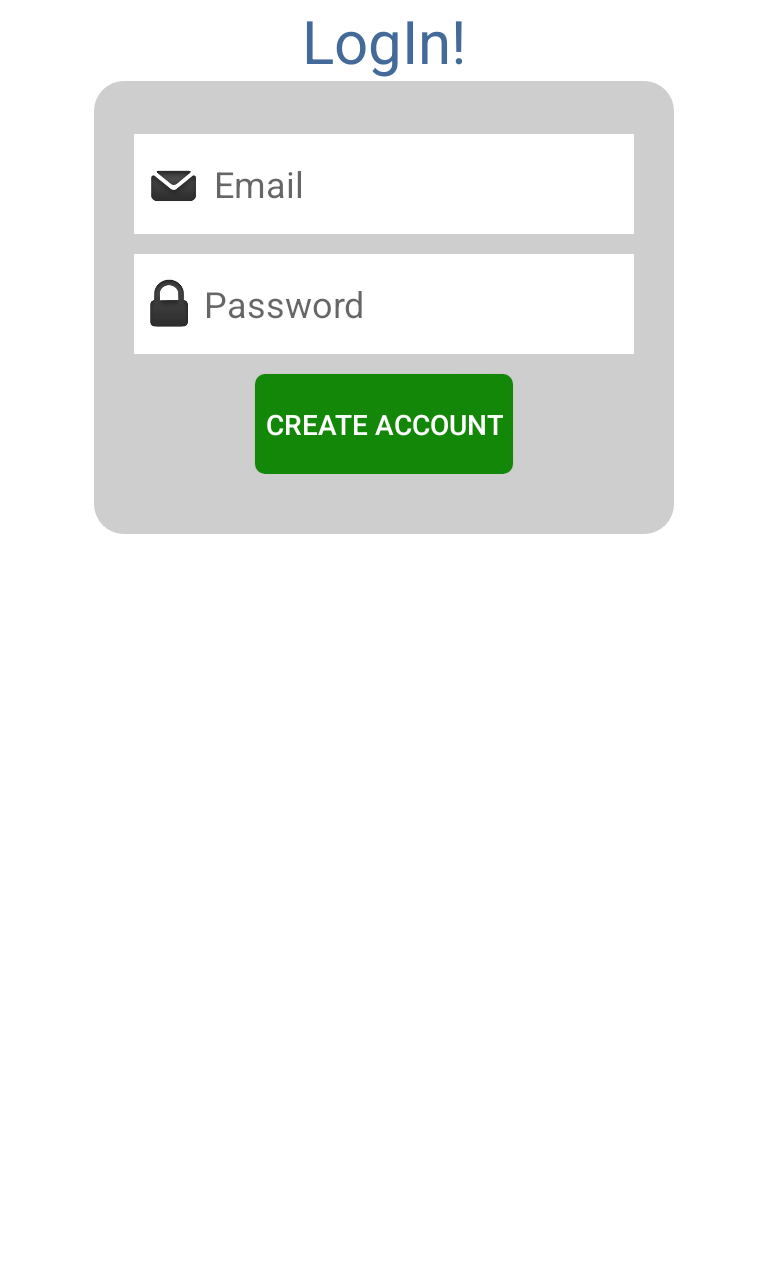
Repository: ag-chirag/brainwaves_enigma
Layout: mobile/Brainwaves/QLess/res/layout/signup.xml
An editor plug-in stored every save of this project. The layout is shown before and after the next save, followed by the edit.
It is drawn on a 768 x 1280 px phone screen (xhdpi) without system bars, with theme AppTheme; the app's code is not run.

Above is the layout before, as saved 2014-11-08 13:10:49.

### mobile/Brainwaves/QLess/res/layout/signup.xml
<RelativeLayout xmlns:android="http://schemas.android.com/apk/res/android"
    xmlns:tools="http://schemas.android.com/tools"
    android:id="@+id/container"
    android:layout_width="match_parent"
    android:layout_height="match_parent"
    android:background="@color/white"
    android:screenOrientation="portrait"
    tools:context="com.zootr.matchup.MainActivity"
    tools:ignore="MergeRootFrame" >

    <TextView
        android:id="@+id/signup_head"
        android:layout_width="wrap_content"
        android:layout_height="wrap_content"
        android:layout_centerHorizontal="true"
        android:text="@string/signup_heading"
        android:textColor="@color/blue"
        android:textSize="30sp" />

    <RelativeLayout
        android:id="@+id/signup_box"
        android:layout_width="wrap_content"
        android:layout_height="wrap_content"
        android:layout_below="@id/signup_head"
        android:layout_centerHorizontal="true"
        android:layout_centerVertical="true"
        android:background="@drawable/round_login" >

        <TextView
            android:id="@+id/error"
            android:layout_width="wrap_content"
            android:layout_height="wrap_content"
            android:layout_centerHorizontal="true"
            android:textColor="@color/red"
            android:textSize="12sp" />

        <RelativeLayout
            android:id="@+id/envelope_parent"
            android:layout_width="wrap_content"
            android:layout_height="50dp"
            android:layout_below="@+id/error"
            android:background="@color/white" >

            <ImageView
                android:id="@+id/envelope"
                android:layout_width="30dp"
                android:layout_height="40dp"
                android:layout_marginLeft="5dp"
                android:layout_marginTop="5dp"
                android:contentDescription="@string/app_name"
                android:scaleType="fitCenter"
                android:src="@drawable/envelope3" />

            <EditText
                android:id="@+id/email_address_signup"
                android:layout_width="210dp"
                android:layout_height="50dp"
                android:layout_marginLeft="5dp"
                android:layout_marginTop="0dp"
                android:layout_toRightOf="@id/envelope"
                android:background="@drawable/edit_text_design"
                android:hint="@string/email_hint"
                android:inputType="textEmailAddress" />
        </RelativeLayout>

        <RelativeLayout
            android:id="@+id/lock_parent"
            android:layout_width="wrap_content"
            android:layout_height="50dp"
            android:layout_below="@+id/envelope_parent"
            android:layout_marginTop="10dp"
            android:background="@color/white" >

            <ImageView
                android:id="@+id/lock"
                android:layout_width="35dp"
                android:layout_height="30dp"
                android:layout_centerVertical="true"
                android:contentDescription="@string/app_name"
                android:scaleType="fitCenter"
                android:src="@drawable/lock" />

            <EditText
                android:id="@+id/password_signup"
                android:layout_width="215dp"
                android:layout_height="50dp"
                android:layout_centerHorizontal="true"
                android:layout_centerVertical="true"
                android:layout_marginBottom="10dp"
                android:layout_toRightOf="@id/lock"
                android:background="@drawable/edit_text_design"
                android:hint="@string/pwd_hint"
                android:inputType="textPassword" />
        </RelativeLayout>

        <Button
            android:id="@+id/crt_accnt"
            android:layout_width="wrap_content"
            android:layout_height="50dp"
            android:layout_below="@+id/lock_parent"
            android:layout_centerHorizontal="true"
            android:layout_marginLeft="10dp"
            android:layout_marginTop="10dp"
            android:background="@drawable/round_login_button"
            android:onClick="send_signup_data"
            android:text="@string/accnt"
            android:textColor="@color/white" />
    </RelativeLayout>

    <RelativeLayout
        android:id="@+id/waiting"
        android:layout_width="fill_parent"
        android:layout_height="fill_parent"
        android:layout_gravity="center_horizontal"
        android:background="@color/splash_bg"
        android:gravity="center_horizontal"
        android:orientation="vertical"
        android:visibility="gone"
        android:weightSum="1" >

        <ImageView
            android:id="@+id/logo"
            android:layout_width="fill_parent"
            android:layout_height="fill_parent"
            android:layout_centerHorizontal="true"
            android:layout_centerVertical="true"
            android:contentDescription="@string/todo"
            android:scaleType="centerCrop"
            android:src="@drawable/name" />

        <TextView
            android:layout_width="wrap_content"
            android:layout_height="wrap_content"
            android:layout_centerHorizontal="true"
            android:layout_marginTop="30dp"
            android:text="Logging in..."
            android:textColor="@color/white"
            android:textSize="20sp" />
    </RelativeLayout>

</RelativeLayout>

### mobile/Brainwaves/QLess/res/values/color.xml
<?xml version="1.0" encoding="utf-8"?>
<resources>

    <color name="blue">#446a99</color>
    <color name="red">#FF0000</color>
    <color name="black">#000000</color>
    <color name="green">#138808</color>
    <color name="bar">#ff0000</color>
    <color name="white">#fff</color>
    <color name="gray">#eeeeee</color>
    <color name="grey">	#CECECE</color>
    <color name="splash_bg">#eb5115</color>
        <color name="disable">#ccc</color>

    <color name="light_gray">#eeeeee</color>
    <color name="dark_gray">#424244</color>
    <color name="sirius_black">#000000</color>
    <color name="app_color">#ff8033</color>
    <color name="dashboard_bar">#ff8033</color>
    <color name="fixture_title">#000000</color>
    <color name="fixture_teams">#000</color>
    <color name="fixture_status">#000</color>
    <color name="score">#000</color>
    <color name="bar_sel">#ffa233</color>
    <color name="transparent_100">#FF000000</color>
    <color name="transparent_95">#F2000000</color>
    <color name="transparent_90">#E6000000</color>
    <color name="transparent_85">#D9000000</color>
    <color name="transparent_80">#CC000000</color>
    <color name="transparent_75">#BF000000</color>
    <color name="transparent_70">#B3000000</color>
    <color name="transparent_65">#A6000000</color>
    <color name="transparent_60">#99000000</color>
    <color name="transparent_55">#8C000000</color>
    <color name="transparent_50">#80000000</color>
    <color name="transparent_45">#73000000</color>
    <color name="transparent_40">#66000000</color>
    <color name="transparent_35">#59000000</color>
    <color name="transparent_30">#4D000000</color>
    <color name="transparent_25">#40000000</color>
    <color name="transparent_20">#33000000</color>
    <color name="transparent_15">#26000000</color>
    <color name="transparent_10">#1A000000</color>
    <color name="transparent_">#0D000000</color>
    <color name="transparent_0">#00000000</color>
    <color name="dashboard_bg">#eeeeee</color>
    <color name="circle_dashbord_count">#333333</color>
    <color name="live">#cc1111</color>
    <color name="no_matches_sel">#424244</color>
    <color name="no_matches_def">#333333</color>
    <color name="no_matches">#999999</color>
    <color name="bar_header">#2f74a7</color>
    <color name="chart_won">#2f74a7</color>
    <color name="chart_lost">#cc1111</color>
    <color name="chart_tie">#e04a3b</color>
    <color name="achievement">#3d96d8</color>
    <color name="player_name_solo">#ed5114</color>
    <color name="hrr">#333333</color>
    <color name="h_h_header">#666666</color>
    <color name="h_h_text">#333333</color>
    <color name="app_green">#779f38</color>
        <color name="transparent_50_app_color">#80ff8033</color>

</resources>

### mobile/Brainwaves/QLess/res/values/string.xml
<?xml version="1.0" encoding="utf-8"?>
<resources>

    <string name="base_url">http://brainwave.byethost11.com/</string>
    <string name="live_score_url"></string>
    <string name="get_match_leaderboard_url">c</string>
	<string name="app_name">QLess</string>
    <string name="todo">TODO</string>
    <string name="signup_url"></string>
    <string name="login_url"></string>
    <string name="email_hint">Email</string>
    <string name="pwd_hint">Password</string>
    <string name="btn_name">Login</string>
    <string name="signup">Signup</string>
    <string name="accnt">Create Account</string>
    <string name="name">Name</string>
    <string name="signup_heading">LogIn!</string>
    <string name="notification">Push Notifications</string>
</resources>

### mobile/Brainwaves/QLess/res/drawable/round_login.xml
<?xml version="1.0" encoding="UTF-8"?>
<shape xmlns:android="http://schemas.android.com/apk/res/android"  android:shape="rectangle">

    <corners android:radius="15dp" />

    <stroke
        android:width="0dip"
        android:color="@color/grey" />

    <solid android:color="@color/grey" />

    <padding
        android:bottom="30dip"
        android:left="20dip"
        android:right="20dip"
        android:top="10dip" />

</shape>

### mobile/Brainwaves/QLess/res/drawable/edit_text_design.xml
<?xml version="1.0" encoding="utf-8"?>
  <layer-list xmlns:android="http://schemas.android.com/apk/res/android" >

<item>
    <shape>
        <solid android:color="#c2c2c2" />
    </shape>
</item>

<!-- main color -->
<item>
    <shape>
        <solid android:color="#ffffff" />
    </shape>
</item>

<!-- draw another block to cut-off the left and right bars -->
<item>
    <shape>
        <solid android:color="#ffffff" />
    </shape>
</item>

</layer-list>

### mobile/Brainwaves/QLess/res/drawable/round_login_button.xml
<?xml version="1.0" encoding="UTF-8"?>
<shape xmlns:android="http://schemas.android.com/apk/res/android"  android:shape="rectangle">

    <corners android:radius="5dp" />

    <stroke
        android:width="0dip"
        android:color="@color/green" />

    <solid android:color="@color/green" />

    <padding
        android:bottom="5dip"
        android:left="5dip"
        android:right="5dip"
        android:top="5dip" />
</shape>

Loaded but not shown: mobile/Brainwaves/QLess/res/values/styles.xml (common file); mobile/Brainwaves/QLess/res/values-v11/styles.xml (common file); mobile/Brainwaves/QLess/res/values-v14/styles.xml (common file)

After the next save:
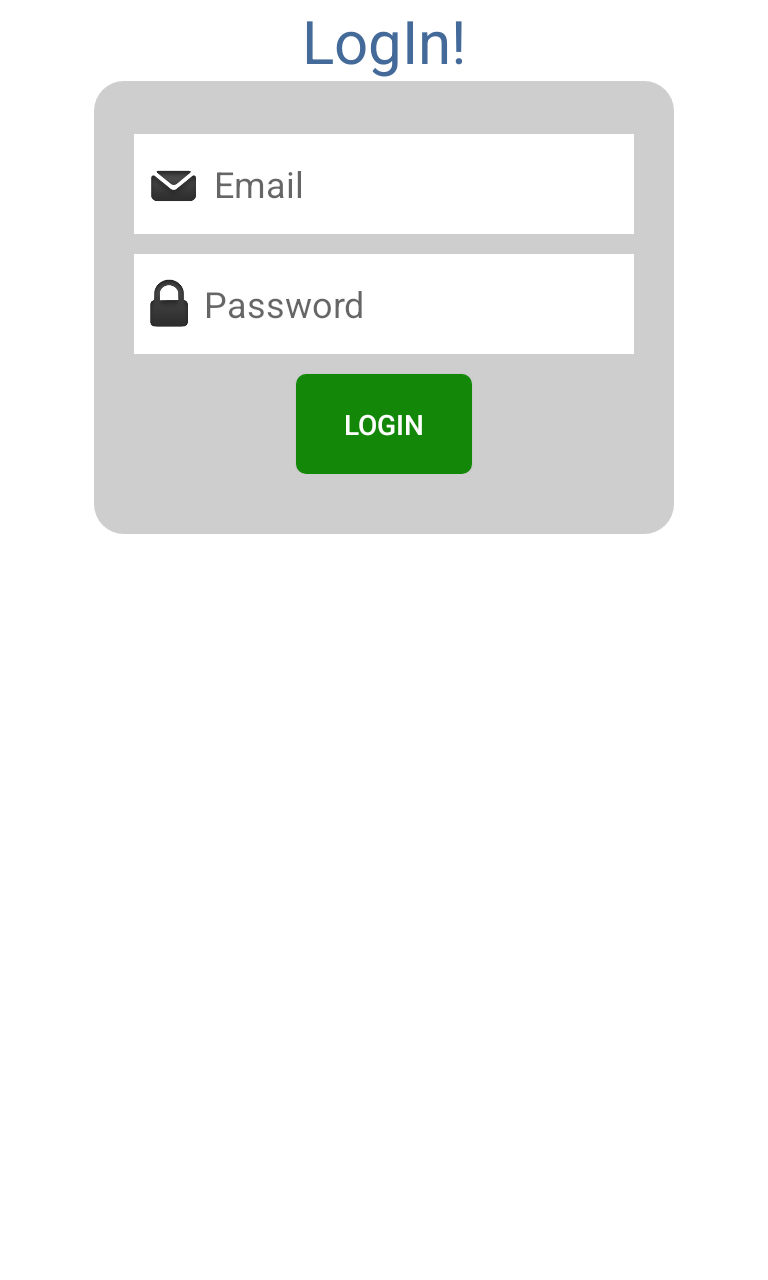
Saved 20 s later.
--- a/mobile/Brainwaves/QLess/res/values/string.xml
+++ b/mobile/Brainwaves/QLess/res/values/string.xml
@@ -12,7 +12,7 @@
     <string name="pwd_hint">Password</string>
     <string name="btn_name">Login</string>
     <string name="signup">Signup</string>
-    <string name="accnt">Create Account</string>
+    <string name="accnt">Login</string>
     <string name="name">Name</string>
     <string name="signup_heading">LogIn!</string>
     <string name="notification">Push Notifications</string>
